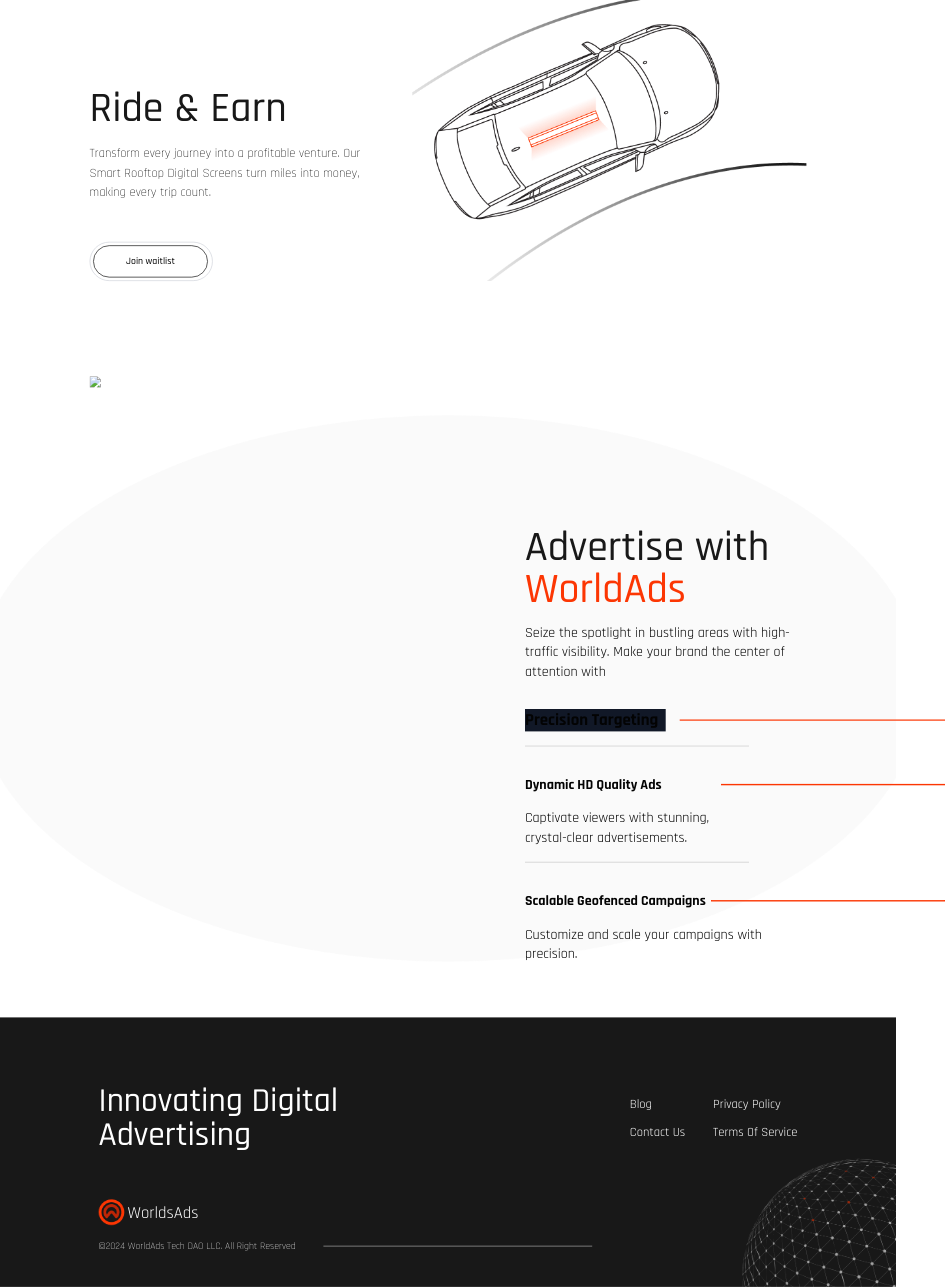
Repository: Abdul-Hannan232/worldAds
Page: /
These files come from the project's save history. The page is drawn as it stood at one moment and after a run of saves; the edit follows.
The browser window is 1280 px wide. The page is 1350 px wide, then 1283 px, so the pictures cover 1350 px, including what lies to the right of the window. The pictures show the part of the page from y = 2139 to 3979 px (the page is 3979 px tall), at 70% of full size.
An inner scrolling area shows only its first screen. The project was rebuilt for these pictures with package versions that can differ from the ones it lists, and the page was loaded fresh each time. The framework's server and built-in components were replaced by stand-ins that run in the browser. Also part of the build but not shown: next.config.mjs, app/component/NavContent.jsx.

Above is the page before, as saved 2024-05-09 20:32:10.

### app/page.tsx
import Image from "next/image";
import Header from "./component/Header"
import Main from "./component/Main";
import NavContent from "./component/NavContent";
import Advertise from "./component/advertise"
import Footer from "./component/footer"
import NodeOperator  from "./component/nodeOperator"
import RideEarn from "./component/rideEarn"
export default function Home() {
  return (
    <>
      <div>
        <Header />
        <Main />

        <NodeOperator/>
     <RideEarn/>
      <Advertise/>
      <Footer/>
      </div>
    </>
  );
}

### app/globals.css
@import url('https://fonts.googleapis.com/css2?family=Exo+2:ital,wght@0,100..900;1,100..900&family=Rajdhani:wght@300;400;500;600;700&display=swap');

@tailwind base;
@tailwind components;
@tailwind utilities;
html{
  scroll-behavior: smooth;
}
*{
  font-family: "Rajdhani", sans-serif;
  font-weight: 400;
  font-style: normal;
}
.background{
  background-image: url("/background.png");
  background-position: center;
  background-repeat: no-repeat;
  background-size: cover;

}
:root {
  --foreground-rgb: 0, 0, 0;
  --background-start-rgb: 214, 219, 220;
  --background-end-rgb: 255, 255, 255;
}

@media (prefers-color-scheme: dark) {
  :root {
    --foreground-rgb: 255, 255, 255;
    --background-start-rgb: 0, 0, 0;
    --background-end-rgb: 0, 0, 0;
  }
}

/* body {
  color: rgb(var(--foreground-rgb));
  background: linear-gradient(
      to bottom,
      transparent,
      rgb(var(--background-end-rgb))
    )
    rgb(var(--background-start-rgb));
} */

@layer utilities {
  .text-balance {
    text-wrap: balance;
  }
}

@font-face {
  font-family: 'font1';
  src: url('/assets/fonts/conthrax-sb.otf');
}

.font1{
  font-family: "font1" !important;
}

*{
  box-sizing: border-box !important
}

.gradient-color{
  background: radial-gradient(50% 50% at 50% 50%, #FC3603 11%, #BF2506 100%) !important;

}

### app/component/Header.jsx
"use client"
import React, { useState, useEffect } from 'react';
import NavContent from './NavContent';
import { RxCross2 } from "react-icons/rx";

const Header = () => {
    const [isDrawerOpen, setIsDrawerOpen] = useState(false);
    const [isHeaderFixed, setIsHeaderFixed] = useState(false);
    const [open, setOpen] = useState(false);

    const handleDrawerToggle = () => {
        setIsDrawerOpen(!isDrawerOpen);
        console.log('Drawer open state:', isDrawerOpen);
    };

    const dropDownOpen = () => {
        setOpen(!open);
    }

    useEffect(() => {
        const handleScroll = () => {
            const scrollPosition = window.scrollY;

            if (scrollPosition > 10) {
                setIsHeaderFixed(true);
            } else {
                setIsHeaderFixed(false);
            }
        };

        window.addEventListener('scroll', handleScroll);

        return () => {
            window.removeEventListener('scroll', handleScroll);
        };
    }, []);

    const scrollToSection = (sectionId) => {
        const section = document.getElementById(sectionId);
        if (section) {
            const topOffset = section.offsetTop;
            const windowHeight = window.innerHeight;
            const scrollTo = topOffset - (windowHeight / 2 - section.offsetHeight / 2);
            window.scrollTo({ top: scrollTo, behavior: 'smooth' });
        }
    };

    return (
        <div className={`fixed w-full z-40 ${isHeaderFixed ? 'bg-red-600 py-5 lg:p-5' : 'bg-transparent py-10 lg:p-10'}`}>
            <div className="relative w-[85%] mx-auto flex justify-between items-center bg-transparent">
                <img src="./assets/images/logo.png" alt="Logo" className="lg:w-52 lg:h-12 w-36 h-8" />

                <button
                    className="bg-[#FFFFFF1A] border-2 border-white lg:px-6 lg:py-3 px-3 py-1 hover:border rounded-[100px]"
                    type="button"
                    onClick={dropDownOpen}
                >
                    {open && (
                        <div className="absolute top-0 right-0 border-2 bg-red-600 border-white rounded-full p-2">
                            <ul className="px-5 flex items-center space-x-5 text-lg text-white justify-between">
                                <li><a href="#">About</a></li>
                                <li><a href="#nodeOperator" onClick={() => scrollToSection('nodeOperator')}>Node Operators</a></li>
                                <li><a href="#ride">Ride & Earn</a></li>
                                <li><a href="#advertise">Advertise With WorldAds</a></li>
                                <li><RxCross2 className="text-2xl font-bold" /></li>
                            </ul>
                        </div>
                    )}

                    <img src="./assets/images/bars.svg" alt="Menu" className="w-6" />
                </button>
            </div>
        </div>
    );
};

export default Header;

### app/component/Main.jsx
import React from 'react'

const Main = () => {
    return (
        <>
            <div className='gradient-color h-[700px] w-full rounded-b-[60px] lg:pt-40 pt-24 px-5  sm:px-16 pb-14 relative  '>
                <div className="lg:w-[90%] w-[95%] mx-auto">


                    <div className="lg:flex lg:items-center justify-between ">

                        <div className="my-4">
                            <h1 className="lg:text-5xl text-2xl  lg:w-[650px] lg:text-start text-center text-white font1 ">Empowering Connections Through Digital Out-of-Home Advertising</h1>



                        </div>

                        <div className='my-4'>

                            <p className='text-white text-left font-light lg:text-sm text-xs lg:text-start text-center lg:w-[300px]'>At Worldads, weare revolutionizing location-based advertising by harnessing the power of smart rooftop digital screens. Our innovative platform delivers programmatic advertisements that are not only precise but also captivating, tailored to the vehicles exact location and time.</p>
                        </div>
                    </div>

                    <div class="relative lg:w-[550px]  rounded-[100px] mt-10">

                        <input type="text" id="default-search" className="block w-full lg:p-5 p-3  -10 lg:text-sm text-xs text-gray-900 bg-[#FFFFFF1A] border border-white focus:ring-white focus:border-white rounded-[100px] placeholder:text-[#FFFFFF80] " placeholder="Enter your email address" required />
                        <button type="submit" className=" absolute end-1 top-1 font-bold bg-white hover:bg-white-800 focus:ring-4 font-bold focus:outline-none focus:ring-none font-medium rounded-[100px] lg:text-sm text-xs lg:px-8 px-5 lg:py-4 py-2">Join waitlist</button>
                    </div>

                 <div className='relative'>

                    <div className="flex items-center gap-3 lg:mt-40 mt-5 lg:justify-start justify-center ">
                            <img src="./assets/images/discord.png" />
                            <div>
                                <p className="text-white text-sm">Stay updated.</p>
                                <p className="text-white font-bold text-sm">Join our discord community</p>
                            </div>
                        </div>
                        <img src="./assets/images/Vector(Black).png" className="text-white absolute  lg:-top-52 right-0 top-14" />

                    </div>
                </div>
            </div>
        </>
    )
}

export default Main

### app/component/advertise.jsx
"use client"
import Image from "next/image";
import { useState } from "react";
export default function Advertise() {
  const [precision, setPrecision] = useState(false)
  const precisionOpen = () => {
    setPrecision(!precision)
  }

  return (
    <div className="">
      <div id="advertise" className="xl:pl-32 2xl:pl-40   lg:flex lg:mt-48 mt-32 w-full background gap-24">
        <div className="-mt-14">
          <Image src="" alt="image" width={226} height={426} className="lg:w-[526px] lg:h-[726px] 2xl:w-[650px] 2xl:h-[926px]  lg:mx-0 mx-auto" />
        </div>
        <div className="lg:w-[60%] w-[90%]  lg:mx-0 mx-auto lg:mt-40 mt-10">
          <h1 className="xl:text-6xl text-5xl 2xl:text-8xl lg:text-start text-center font-medium text-[#181818]">Advertise with</h1>
          <h1 className="xl:text-6xl text-5xl 2xl:text-8xl lg:text-start text-center font-medium text-[#FC3603]">WorldAds</h1>
          <p className="xl:text-xl lg:text-lg text-sm 2xl:text-2xl lg:w-[400px] 2xl:w-[600px] mt-4 lg:text-start text-center text-[#030303]">Seize the spotlight in bustling areas with high-traffic visibility. Make your brand the center of attention with</p>
          <div className="h-[400px] overflow-scroll w-[600px] ">
            <div className="flex items-center lg:justify-start justify-center w-full gap-5  mt-10">
              <h1 onClick={precisionOpen} className={`${precision?"xl:text-3xl text-gray-600":"xl:text-2xl text-[#030303]"} cursor-pointer lg:text-2xl lg:text-start text-center  text-2xl 2xl:text-6xl xl:w-80 bg-gray-900 lg:w-[60%]  2xl:w-[90%] font-bold `}>Precision Targeting</h1>
              <hr className="border w-full lg:block hidden  border-[#FC3603]" />
            </div>
            {precision && (
              <p className="lg:text-xl text-sm 2xl:text-2xl lg:w-80 lg:text-start w-40 lg:mx-0 mx-auto text-center mt-5"> Reach your ideal audience at the right time and place.</p>

            )}
            <hr className="border lg:border-[#7E7E7E33]  border-[#FC3603] lg:w-80 w-60 lg:mx-0 mx-auto my-5" />
            <div className="flex items-center lg:justify-start justify-center gap-5 w-full mt-10">
              <h1 className="xl:text-xl lg:text-2xl  text-2xl  2xl:text-6xl font-bold lg:text-start text-center  xl:w-[50%] lg:w-[45%] 2xl:w-[60%] text-[#030303]">Dynamic HD Quality Ads</h1>
              <hr className="border  w-[370px] lg:block hidden 2xl:w-[400px] border-[#FC3603]" />
            </div>
            <p className="lg:text-xl text-sm 2xl:text-2xl lg:w-80 w-52 lg:mx-0 mx-auto  lg:text-start text-center mt-5">Captivate viewers with stunning, crystal-clear advertisements.</p>
            <hr className="border lg:border-[#7E7E7E33]  border-[#FC3603] lg:w-80 w-60 lg:mx-0 mx-auto my-5" />
            <div className="flex items-center lg:justify-start justify-center w-full mt-10">
              <h1 className="xl:text-xl lg:text-3xl  text-2xl  2xl:text-6xl font-bold lg:text-start text-center  xl:w-[80%] lg:w-[60%] 2xl:w-full text-[#030303]">Scalable Geofenced Campaigns</h1>
              <hr className="border  w-full lg:block hidden border-[#FC3603]" />
            </div>
            <p className="lg:text-xl text-sm 2xl:text-2xl  lg:text-start text-center  w-40 lg:mx-0 mx-auto   lg:w-96 mt-5">  Customize and scale your campaigns with precision.</p>
            <hr className="border lg:border-[#7E7E7E33]  border-[#FC3603] lg:w-80 w-60 lg:mx-0 mx-auto my-5" />
            <div className="border border-gray-300 xl:mt-14 mt-10 rounded-full lg:mx-0 mx-auto  xl:w-44 w-36 ">
              <button className="text-center text-sm border xl:p-3 md:p-3 p-2 rounded-full  xl:w-[164px] w-[133px] font-medium m-1 border-[#181818]">Join waitlist</button>
            </div>
          </div>
        </div>

      </div>
    </div>
  )
}

### app/component/footer.jsx
import Image from "next/image"
export default function Footer() {
    return (
        <div className="bg-[#181818] ] w-full mt-20 lg:py-12 pt-12 lg:p-4">
            <div className="lg:w-[80%] w-[90%] lg:flex items-center justify-between mx-auto py-12" >
                <div>
                    <h1 className="lg:text-5xl text-3xl  lg:w-[500px] w-[250px] lg:mx-0 mx-auto font-medium lg:text-start text-center text-white">Innovating Digital Advertising</h1>
                </div>
                <div className="lg:flex text-white lg:mt-0 mt-10 items-center gap-10">
                    <div>
                        <ul className="text-lg lg:text-start text-center space-y-3">
                            <li>Blog</li>
                            <li>Contact Us</li>
                        </ul>
                    </div>
                    <div>
                        <ul className="text-lg lg:mt-0 mt-3 lg:text-start text-center space-y-3">
                            <li>Privacy Policy</li>
                            <li>Terms Of Service</li>
                        </ul>
                    </div>
                </div>
            </div>
            <div className="text-white relative mx-auto mt-5 lg:w-[80%]">
                <div className="flex items-center gap-1 w-40 lg:w-[80%] lg:mx-0 mx-auto">
                    <Image src="/Group.png" alt="logo" width={37.49} height={37.49}  className="lo "/>
                    <h1 className="text-2xl font-meidum">WorldsAds</h1>
                </div>
                <div className="flex items-center lg:justify-start w-[90%] lg:mx-0 mx-auto lg:w-[80%] justify-center mt-5 gap-10">
                    <p className="lg:text-sm text-[12px] lg:text-start text-center  font-light ">©2024 WorldAds Tech DAO LLC. All Right Reserved </p>
                    <hr className="border lg:block hidden border-[#707070] w-96" />
                </div>
                <Image src="/FooterImage.png" alt="vector" width={231.11} height={231.11} className="absolute lg:-top-16 lg:block hidden z-20 lg:-right-36 "/>
                <Image src="/FooterImage (1).png" alt="vector" width={551.11} height={451.11} className=" lg:hidden block mt-10 "/>

            </div>
        </div>
    )
}

### app/component/nodeOperator.jsx
import React from 'react'
import Image from 'next/image'
const nodeOperator = () => {
    return (
        <>
            <div id="nodeOperator" className="lg:flex w-[80%] mt-80 h-screen mx-auto items-end justify-between">
                <div >
                    <Image src="/Group 1.png" alt="Image" width={203} height={207} className="lg:w-[493px] lg:h-[497px] lg:mx-0 mx-auto " />
                </div>
                <div  className="xl:w-[500px]  md:w-[400px] lg:mt-0 mt-10 lg:mx-0 mx-auto">
                    <h1 className="xl:text-6xl md:text-5xl text-3xl font-medium lg:text-start text-center text-[#181818]">Node operators</h1>
                    <p className="xl:text-xl lg:text-sm text-md font-light lg:w-auto md:w-80  lg:text-sm md:text-md text-xs  lg:mx-0 mx-auto text-[#030303] lg:text-start text-center mt-5">Become a cornerstone of digital advertising. Own a smart digital screen and start earning as advertisers choose your prime ad slots.</p>
                    <div className="border border-gray-300 xl:mt-14 mt-10 rounded-full lg:mx-0 mx-auto  xl:w-44 w-36 ">
                        <button className="text-center text-sm border xl:p-3 md:p-3 p-2 rounded-full  xl:w-[164px] w-[133px] font-medium m-1 border-[#181818]">Join waitlist</button>
                    </div>
                </div>
            </div>


            </>
  )
}

export default nodeOperator

### app/component/rideEarn.jsx
import React from 'react'
import Image from "next/image";

const rideEarn = () => {
  return (
    <div>
         <div id="ride"className="flex lg:flex-row flex-col-reverse h-screen w-[80%] mt-20 mx-auto items-end justify-between">
          <div className="xl:w-[410px] md:w-[400px] lg:mt-0 mt-10 lg:mx-0 mx-auto">
            <h1 className="xl:text-6xl md:text-5xl text-3xl font-medium lg:text-start text-center text-[#181818]">Ride & Earn</h1>
            <p className="xl:text-lg lg:w-auto md:w-80  lg:text-sm md:text-md text-xs font-light lg:w-auto  lg:mx-0 mx-auto text-[#030303] lg:text-start text-center mt-5">Transform every journey into a profitable venture. Our Smart Rooftop Digital Screens turn miles into money, making every trip count.</p>
            <div className="border border-gray-300 xl:mt-14 mt-10 rounded-full lg:mx-0 mx-auto  xl:w-44 w-36 ">
              <button className="text-center text-sm border xl:p-3 md:p-3 p-2 rounded-full  xl:w-[164px] w-[133px] font-medium m-1 border-[#181818]">Join waitlist</button>
            </div>
          </div>
          <div >
            <Image src="/GroupCroped.png" alt="Image" width={453} height={357} className="lg:w-[563.48px] lg:h-[450.27px] lg:mx-0 mx-auto " />
          </div>
        </div>
    </div>
  )
}

export default rideEarn

Loaded but not shown: app/layout.tsx (common file); tailwind.config.ts (common file)

After the next 2 saves:
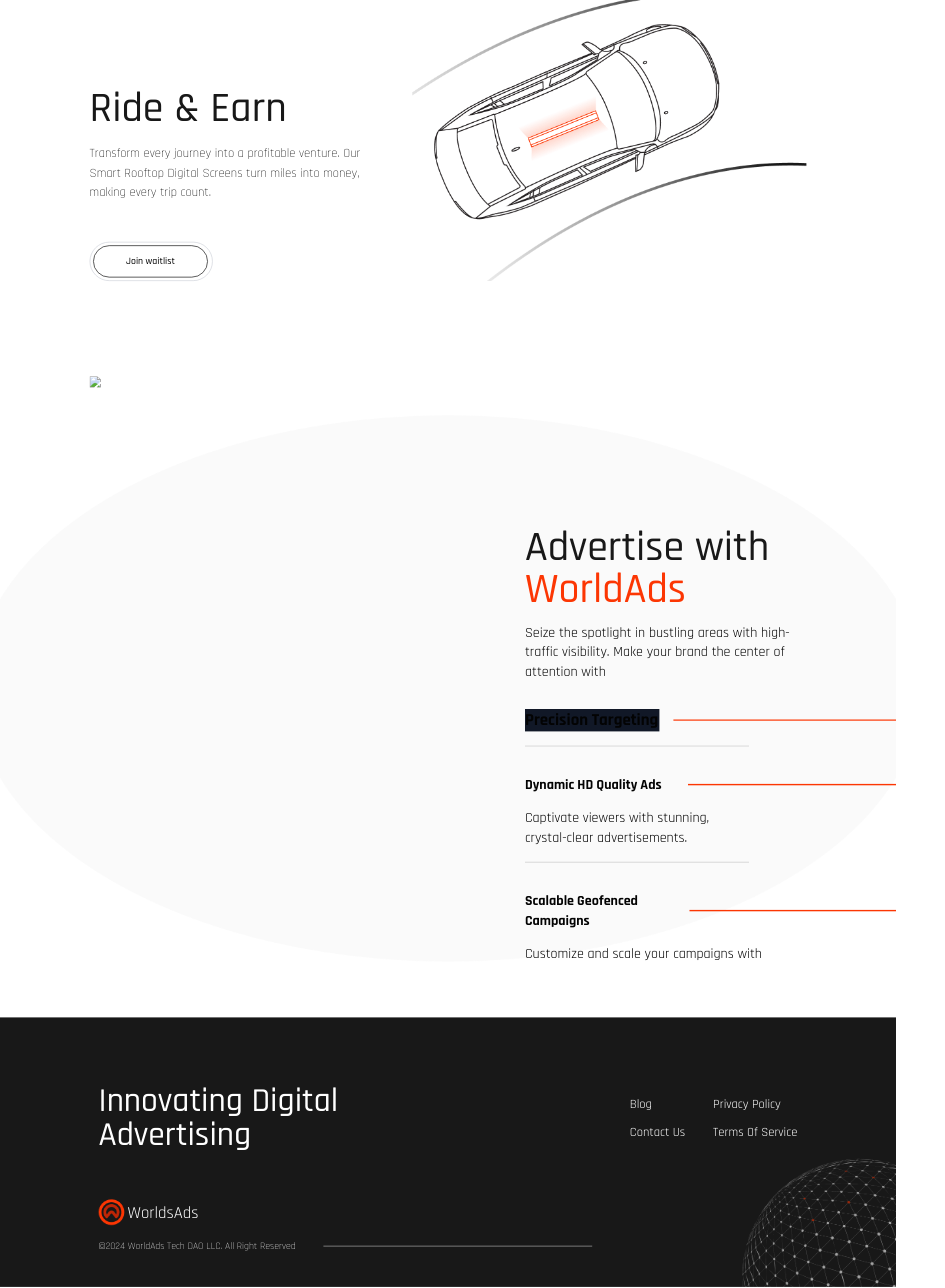
The 2 saves are shown as one change because they came seconds apart.
The last was saved 13 s later.
--- a/app/component/advertise.jsx
+++ b/app/component/advertise.jsx
@@ -17,7 +17,7 @@
           <h1 className="xl:text-6xl text-5xl 2xl:text-8xl lg:text-start text-center font-medium text-[#181818]">Advertise with</h1>
           <h1 className="xl:text-6xl text-5xl 2xl:text-8xl lg:text-start text-center font-medium text-[#FC3603]">WorldAds</h1>
           <p className="xl:text-xl lg:text-lg text-sm 2xl:text-2xl lg:w-[400px] 2xl:w-[600px] mt-4 lg:text-start text-center text-[#030303]">Seize the spotlight in bustling areas with high-traffic visibility. Make your brand the center of attention with</p>
-          <div className="h-[400px] overflow-scroll w-[600px] ">
+          <div className="h-[400px] overflow-scroll">
             <div className="flex items-center lg:justify-start justify-center w-full gap-5  mt-10">
               <h1 onClick={precisionOpen} className={`${precision?"xl:text-3xl text-gray-600":"xl:text-2xl text-[#030303]"} cursor-pointer lg:text-2xl lg:text-start text-center  text-2xl 2xl:text-6xl xl:w-80 bg-gray-900 lg:w-[60%]  2xl:w-[90%] font-bold `}>Precision Targeting</h1>
               <hr className="border w-full lg:block hidden  border-[#FC3603]" />
